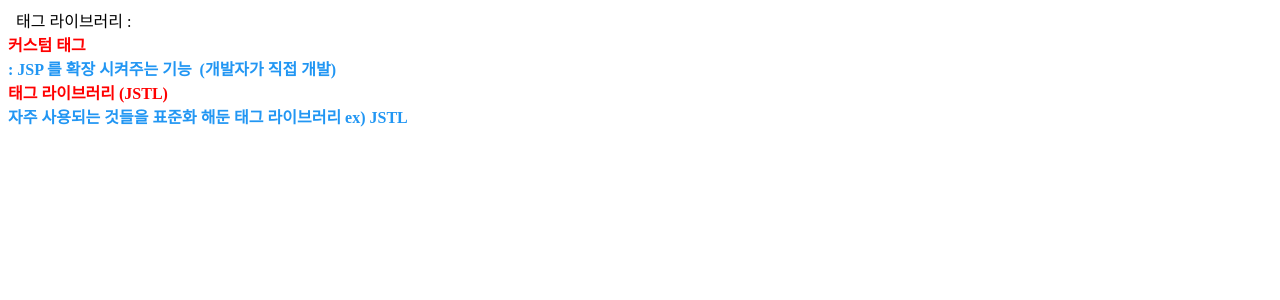
Repository: hyejux/JSP_STUDY
Page: http://localhost/JSPPractice2/JSP_ex6.jsp
These files come from the project's save history. The page is drawn as it stood at one moment and after the next save; the edit follows.
The browser window is 1280 px wide. The pictures show the whole page.
The page is served by Tomcat 9. Other server files are loaded and not shown.

Above is the page before, as saved 2025-01-07 16:57:25.

### JSPPractice2/src/main/webapp/JSP_ex6.jsp
<%@ page language="java" contentType="text/html; charset=UTF-8"
    pageEncoding="UTF-8"%>
<!DOCTYPE html>
<html>
<head>
<meta charset="UTF-8">
<title> 태그라이브러리 JSTL 과 커스텀 태그 </title>
<link rel="stylesheet" type="text/css" href="css/style.css"> </link>
</head>
<body>


태그 라이브러리 :

<div class="info">
	<div class="point"> 커스텀 태그 </div>
	<div> : JSP 를 확장 시켜주는 기능  (개발자가 직접 개발)  </div>
	<div class="point"> 태그 라이브러리 (JSTL)</div>
	<div>  자주 사용되는 것들을 표준화 해둔 태그 라이브러리 ex) JSTL </div>
</div>
</body>
</html>

### JSPPractice2/src/main/webapp/css/style.css
.info{
	color : #2196f3;
	font-weight: bold;
}

.btn1 {
	border: 1px solid #ddd;
    color: #ffffff;
    border-radius: 10px;
    padding: 5px 10px;
    background: #03A9F4;
    margin-top: 5px;
}

.point {
	color : red;
}

After the next save:
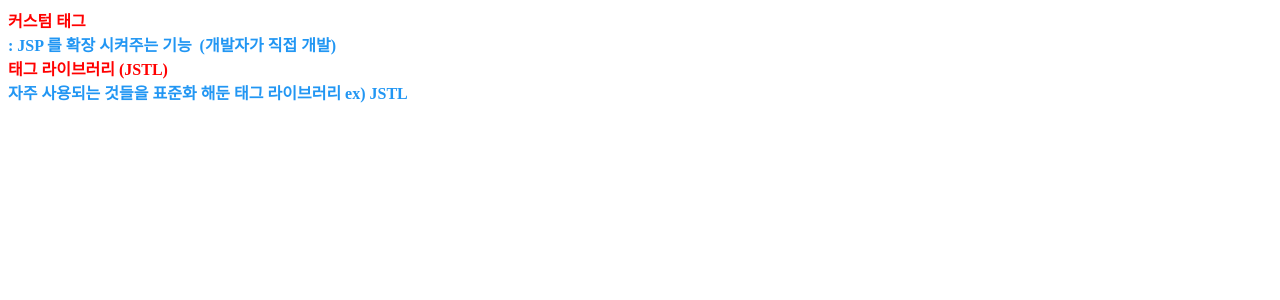
Saved 4 s later.
--- a/JSPPractice2/src/main/webapp/JSP_ex6.jsp
+++ b/JSPPractice2/src/main/webapp/JSP_ex6.jsp
@@ -9,9 +9,6 @@
 </head>
 <body>
 
-
-태그 라이브러리 :
-
 <div class="info">
 	<div class="point"> 커스텀 태그 </div>
 	<div> : JSP 를 확장 시켜주는 기능  (개발자가 직접 개발)  </div>
